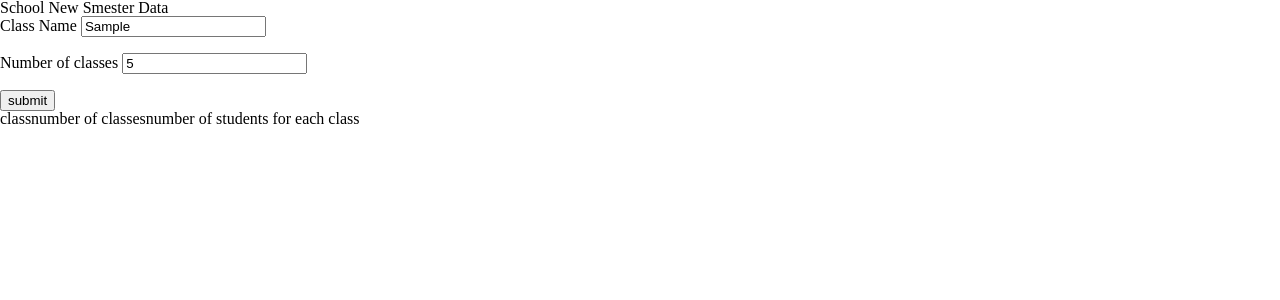
Repository: Razan-am/exam-practice
Page: index.html
These files come from the project's save history. The page is drawn as it stood at one moment and after the next save; the edit follows.
The browser window is 1280 px wide. The pictures show the whole page.
Empty fields were first filled with sample values (such as "Sample", 5 or name@example.com).
After loading, the first visible `#myForm` was submitted once.

Above is the page before, as saved 2021-05-30 22:21:56.
Console error: ReferenceError: array is not defined

After the next save:
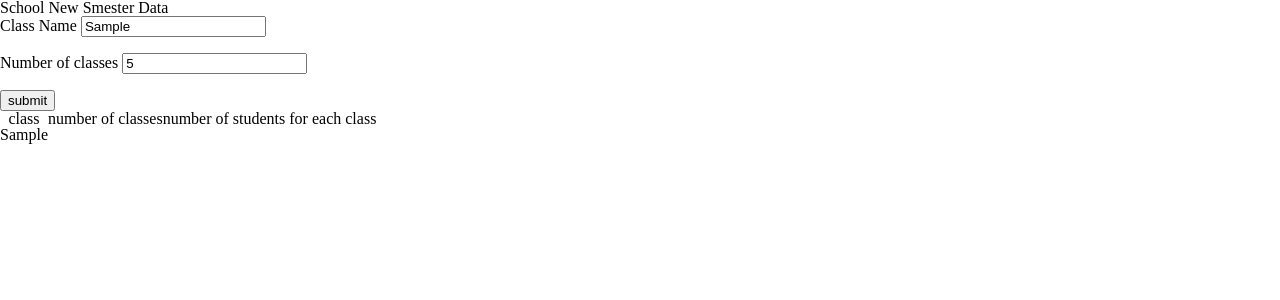
The error is gone.
Saved 29 s later.
--- a/js/app.js
+++ b/js/app.js
@@ -36,7 +36,7 @@ function render (){
     }
     let tBody = document.createElement('tr');
     tabelEl.appendChild(tBody);
-    for (let i = 0; i < array.length; i++) {
+    for (let i = 0; i < mainArr.length; i++) {
         let tdEl = document.createElement('td');
         tBody.appendChild(tdEl);
         tdEl.textContent = `${mainArr[i].className}`;
